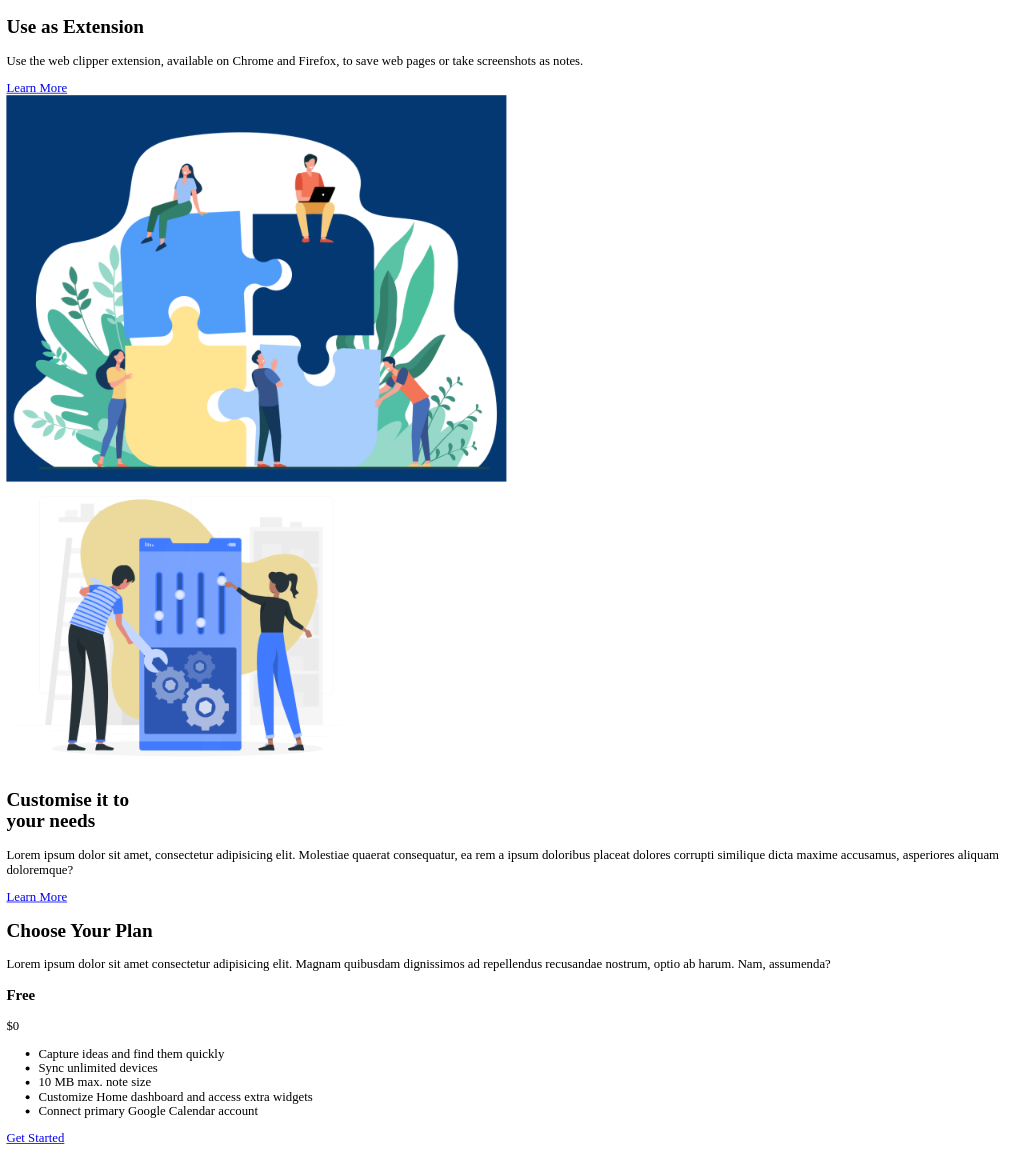
Repository: rinesagajtani0/whitespace_saas
Page: index.html
These files come from the project's save history. The page is drawn as it stood at one moment and after the next save; the edit follows.
The browser window is 1280 px wide. The pictures show the whole page, at 80% of full size.

Above is the page before, as saved 2025-11-02 11:55:53.

### index.html
<!DOCTYPE html>
<html lang="en">
  <head>
    <meta charset="UTF-8" />
    <meta name="viewport" content="width=device-width, initial-scale=1.0" />
    <title>Document</title>
    <link rel="stylesheet" href="style.css" />
  </head>
  <body>
    <section class="hero hero-blue">
      <div class="hero__container">
        <div class="hero__content">
          <h2 class="hero__title">
            Use as <span class="highlight">Extension</span>
          </h2>
          <p class="hero__text">
           Use the web clipper extension, available on Chrome and Firefox, to save web pages or take screenshots as notes.

          </p>
          <a href="#" class="hero__btn btn btn--light">Learn More </a>
        </div>

        <div class="hero__image">
          <img src="img/foto1.png" alt="" />
        </div>
      </div>
    </section>

    <section class="costumsize">
      <div class="customise__container">
        <div class="customise__image">
          <img src="img/foto2.png" alt="" />
        </div>

        <div class="customise__content">
          <h2 class="customise__title">
            Customise it to <br />
            your needs
          </h2>
          <p class="customise__text">
            Lorem ipsum dolor sit amet, consectetur adipisicing elit. Molestiae
            quaerat consequatur, ea rem a ipsum doloribus placeat dolores
            corrupti similique dicta maxime accusamus, asperiores aliquam
            doloremque?
          </p>
          <a href="#" class="hero__btn btn btn--light">Learn More </a>
        </div>
      </div>
    </section>

    <section class="pricing">
      <div class="pricing__container">
        <h2 class="pricing__title">
          Choose <span class="highlight">Your Plan</span>
        </h2>
        <p class="pricing__text">
          Lorem ipsum dolor sit amet consectetur adipisicing elit. Magnam
          quibusdam dignissimos ad repellendus recusandae nostrum, optio ab
          harum. Nam, assumenda?
        </p>
      </div>

      <div class="pricing__cards">
        <div class="pricing__card">
          <h3 class="pricing__plan">Free</h3>
          <p class="pricing__price">$0</p>
           <ul class="pricing__features">
            <li>Capture ideas and find them quickly</li>
            <li>Sync unlimited devices</li>
            <li>10 MB max. note size</li>
            <li>Customize Home dashboard and access extra widgets</li>
            <li>Connect primary Google Calendar account</li>
          </ul>
          <a href="#" class="btn btn--outline">Get Started</a>
        </div>


        </div>
      </div>
    </section>
  </body>
</html>

Loaded but not shown: style.css (no stored copy; drawn as an empty file)

After the next save:
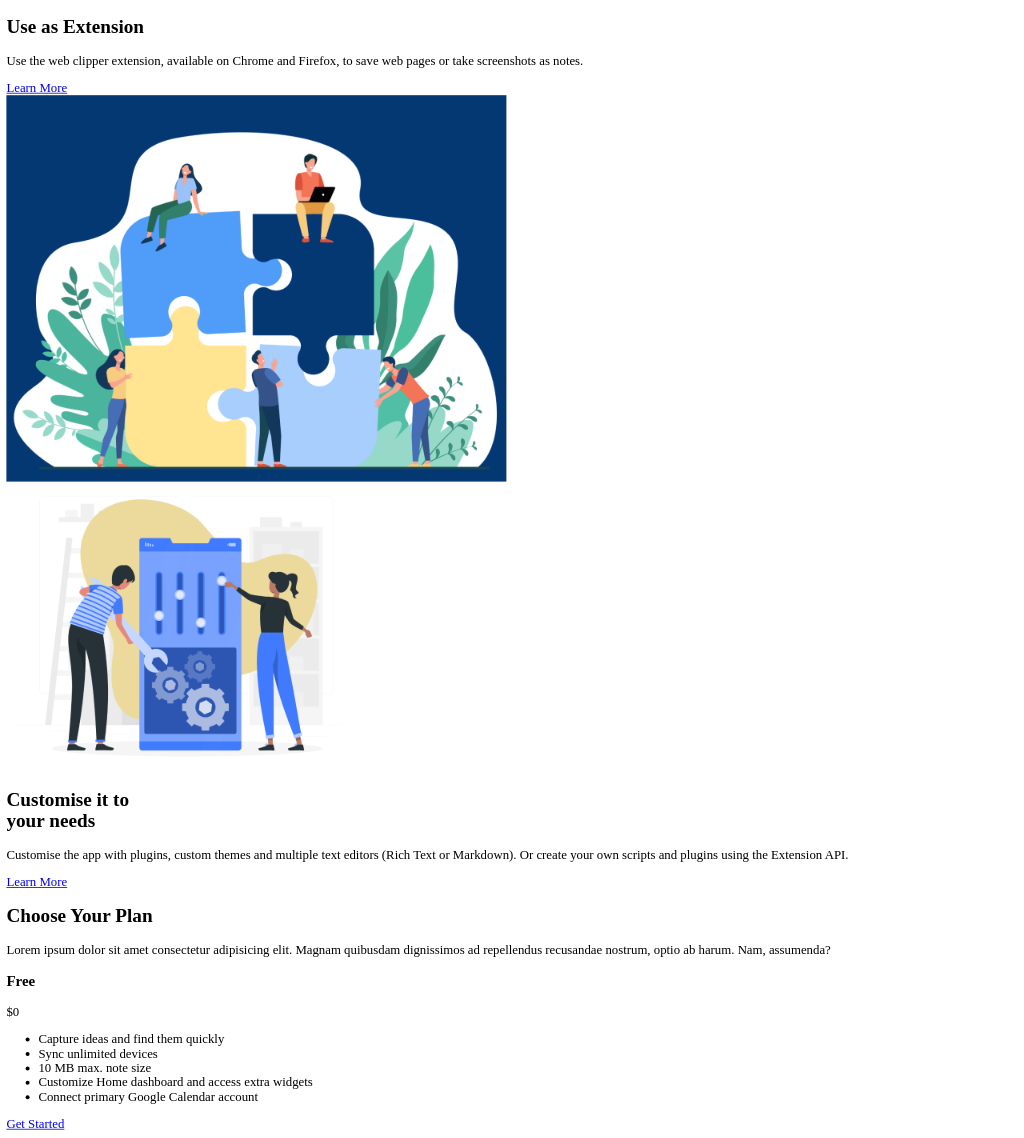
Saved 19 s later.
--- a/index.html
+++ b/index.html
@@ -38,10 +38,7 @@
             your needs
           </h2>
           <p class="customise__text">
-            Lorem ipsum dolor sit amet, consectetur adipisicing elit. Molestiae
-            quaerat consequatur, ea rem a ipsum doloribus placeat dolores
-            corrupti similique dicta maxime accusamus, asperiores aliquam
-            doloremque?
+           Customise the app with plugins, custom themes and multiple text editors (Rich Text or Markdown). Or create your own scripts and plugins using the Extension API.
           </p>
           <a href="#" class="hero__btn btn btn--light">Learn More </a>
         </div>
